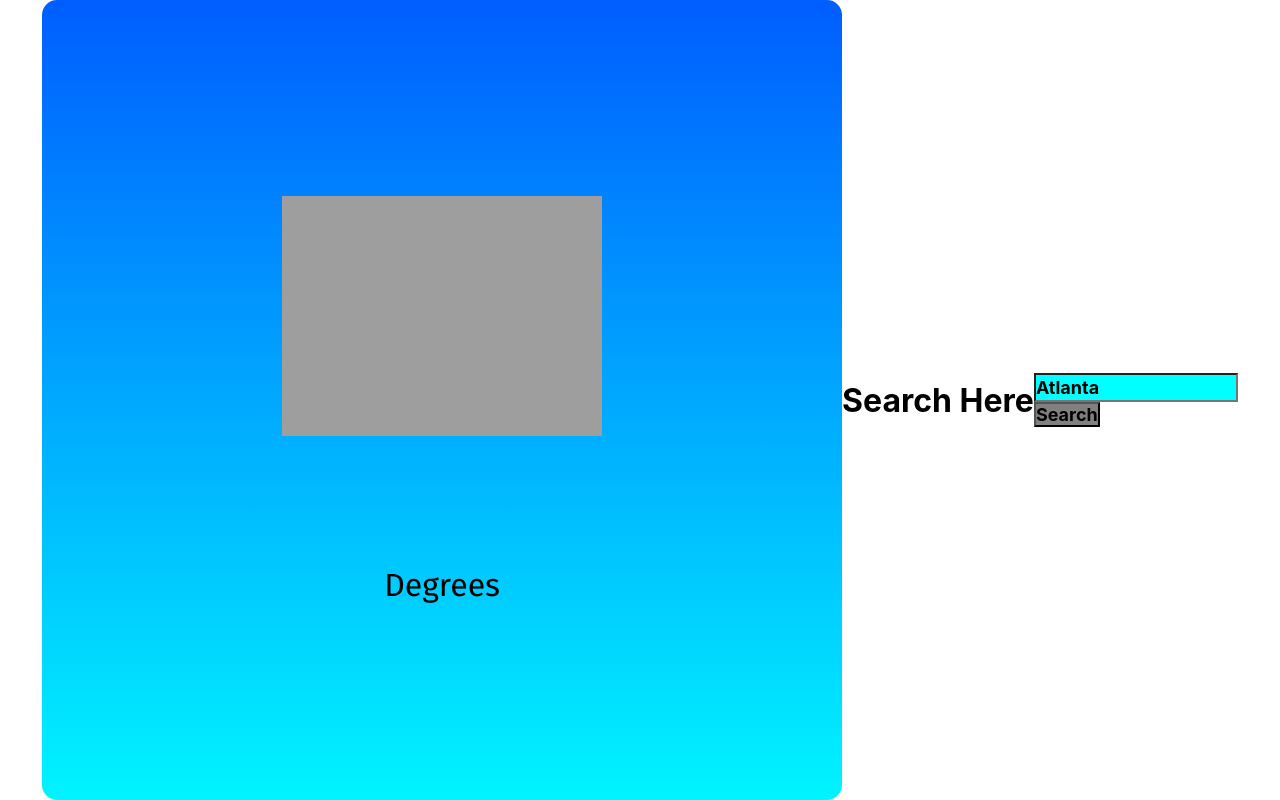
Repository: sayrilamar/chumsweatherapp
Page: /
An editor plug-in stored every save of this project. The page is shown before and after the next save, followed by the edit.
The browser window is 1280 px wide. The pictures show the whole page.
Pictures or frames that could not be fetched are drawn as grey boxes. The page's requests for data from a server got no answer. The project was rebuilt for these pictures with package versions that can differ from the ones it lists, and the page was loaded fresh each time. No one was signed in, and anything a server would have sent is missing.

Above is the page before, as saved 2020-04-18 17:00:01.

### src/index.css
* {
  margin: 0;
  padding: 0;
  font-family: -apple-system, BlinkMacSystemFont, 'Segoe UI', 'Roboto', 'Oxygen',
    'Ubuntu', 'Cantarell', 'Fira Sans', 'Droid Sans', 'Helvetica Neue',
    sans-serif;
  -webkit-font-smoothing: antialiased;
  -moz-osx-font-smoothing: grayscale;
}

### src/App.js
import React, {useState, useEffect} from "react";
import "./App.css";
import WeatherCard from "./components/WeatherCard/component.js";

function App() {
  const [query,
    setQuery] = useState("Atlanta");
  const [weather,
    setWeather] = useState({temp: null, city: null, condition: null, country: null, description: null});

  const data = async q => {
    const apiRes = await fetch(`http://api.openweathermap.org/data/2.5/weather?q=${q}&units=imperial&APPID=ab0ef440364092f54ff821ca2b803163`);
    const resJSON = await apiRes.json();
    return resJSON;
  };

  const handleSearch = e => {
    // data(query).then(res => console.log(res));
    e.preventDefault();
    data(query).then(res => {
      setWeather({temp: res.main.temp, city: res.name, condition: res.weather[0].main, country: res.sys.country, description: res.weather[0].description});
    });
  };

  // runs once the dom is loaded for the first time only, because there is no
  // variable being watched in the dependency array
  useEffect(() => {
    data(query).then(res => {
      setWeather({temp: res.main.temp, city: res.name, condition: res.weather[0].main, country: res.sys.country, description: res.weather[0].description});
    });
  }, []);

  return (
    <div className="App">
      <div>
        <WeatherCard
          temp={weather.temp}
          condition={weather.condition}
          city={weather.city}
          state={weather.country}
          description={weather.description}/>
      </div>
      <h1>Search Here</h1>
      <form>
        <div>
          <input
            className="input"
            value={query}
            onChange={e => setQuery(e.target.value)}/>
        </div>
        <div>
          <button className="button" onClick={e => handleSearch(e)}>
            Search
          </button>
        </div>
      </form>
    </div>
  );
}

export default App;

### src/App.css
@import url("https://fonts.googleapis.com/css?family=Merriweather|Fira+Sans&display=swap");

.App {
  margin: 0 auto;
  color: white;
  display: flex;
  justify-content: center;
  align-items: center;
}

h1 {
  color: black;
}

.input {
  background-color: aqua;
  font-weight: bold;
  height: 25px;
  width: 200px;
  font-size: large;
}

.button {
  height: fit-content;
  font-size: large;
  font-weight: bold;
  background-color: grey
}

### src/components/WeatherCard/component.js
import React from "react";
import styled from "@emotion/styled";
import Location from "./Location";
import Icon from "./Icon";
import Condition from "./Condition";

const WeatherCard = ({temp, condition, city, state, description}) => {
    let highColor = 0;
    let lowColor = 0;
    let bg = null;

    if (temp > 53.6) {
        highColor = (1 - (temp - 53.6) / 50.4) * 255;
        lowColor = highColor - 150;
        bg = `linear-gradient(
            to top,
            rgb(255, ${highColor}, 0),
            rgb(255, ${lowColor}, 0)
          )`;
    } else if (temp <= 53.6) {
        highColor = (1 - (temp + 4) / 89) * 255;
        lowColor = highColor - 150;
        bg = `linear-gradient(
            to top,
            rgb(0, ${highColor}, 255),
            rgb(0, ${lowColor}, 255)
          )`;
    }

    const Card = styled.div `
    margin: 0 auto;
    background: ${bg};
    width: 800px;
    height: 800px;
    display: flex;
    flex-direction: column;
    justify-content: space-around;
    align-items: center;
    border-radius: 15px;
  `;

    return (
        <Card>
            <Location city={city} state={state}/>
            <Icon condition={condition}/>
            <Condition temp={temp} condition={condition} description={description}/>
        </Card>
    );
};

export default WeatherCard;

### src/components/WeatherCard/Location.js
import React from "react";
import styled from "@emotion/styled";

const Location = ({city, state}) => {
  const Container = styled.div `
    text-align: center;
  `;

  const City = styled.h1 `
    font-family: "Merriweather", sans-serif;
    font-size: 1.6rem;
  `;

  const Country = styled.h3 `
    font-family: "Fira Sans", sans-serif;
    font-size: 1.1rem;
  `;

  return (
    <Container>
      <City>{city}</City>
      <Country>{state}</Country>
    </Container>
  );
};

export default Location;

### src/components/WeatherCard/Icon.js
import React from "react";
import styled from "@emotion/styled";

// https://openweathermap.org/weather-conditions
const Icon = ({condition}) => {
  let icon;
  switch (condition) {
    case "Clouds":
      icon = `02d@2x`;
      break;
    case "Clear":
      icon = `01d@2x`;
      break;
    case "Haze":
      icon = `50d@2x`;
      break;
    case "Fog":
      icon = `50d@2x`;
      break;
    case "Tornado":
      icon = `50d@2x`;
      break;
    case "Dust":
      icon = `50d@2x`;
      break;
    case "Mist":
      icon = `50d@2x`;
      break;
    case "Snow":
      icon = `13d@2x`;
      break;
    case "Rain":
      icon = `10d@2x`;
      break;
    case "Drizzle":
      icon = `11d@2x`;
      break;
    case "Thunderstorm":
      icon = `11d@2x`;
      break;
    default:
      icon = ``;
      break;
  }

  const Icon = styled.img `
    width: 40%;
  `;

  return (<Icon src={`http://openweathermap.org/img/wn/${icon}.png`} alt="Weather Icon"/>);
};

export default Icon;

### src/components/WeatherCard/Condition.js
import React, {Fragment} from "react";
import styled from "@emotion/styled";

const Condition = ({temp, condition, description}) => {
  const Temp = styled.h1 `
    font-family: "Fira Sans", sans-serif;
    font-size: 2rem;
    font-weight: 200;
  `;

  const State = styled.h3 `
    font-family: "Merriweather", sans-serif;
    font-size: 1.2rem;
  `;

  return (
    <Fragment>
      <Temp>
        {temp}
        Degrees
      </Temp>
      <State>{description}</State>
    </Fragment>
  );
};

export default Condition;

Loaded but not shown: public/index.html (common file); src/index.js (common file); src/serviceWorker.js (common file)

After the next save:
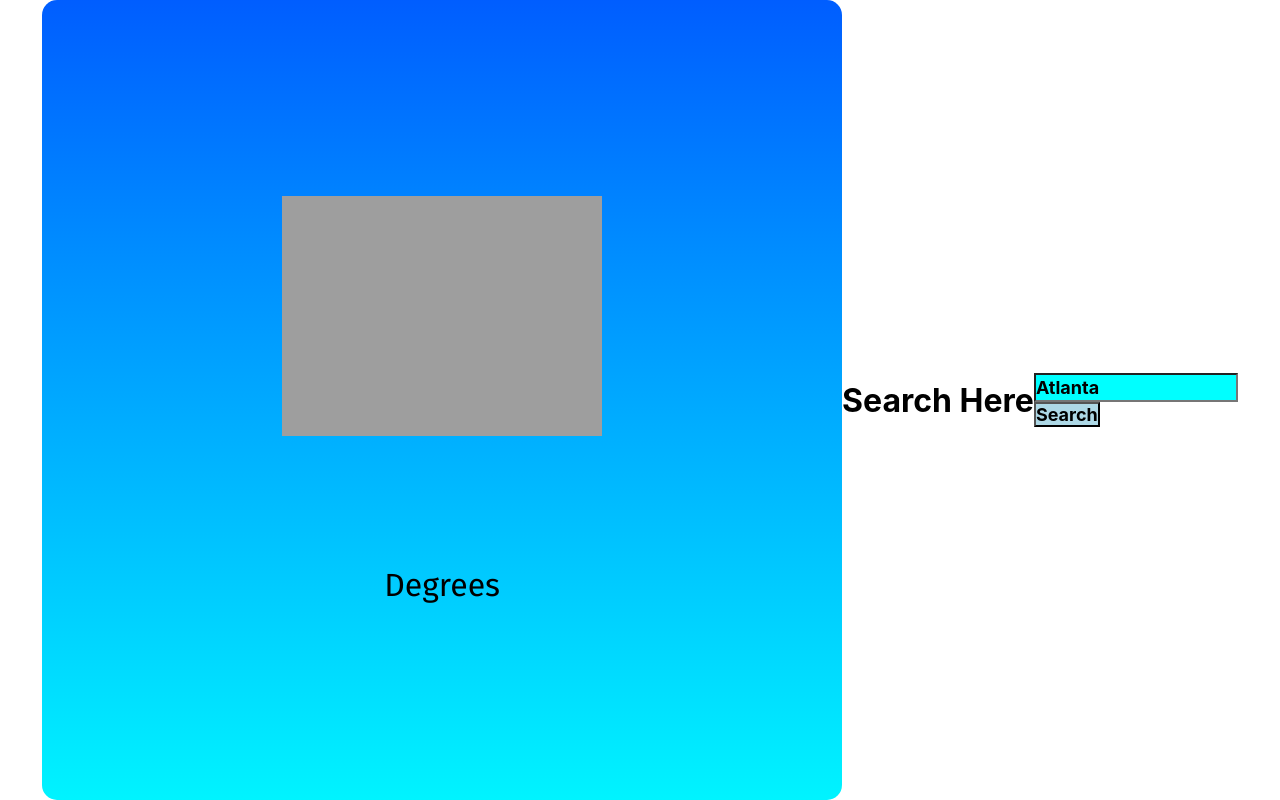
Saved 8 s later.
--- a/src/App.css
+++ b/src/App.css
@@ -24,5 +24,5 @@ h1 {
   height: fit-content;
   font-size: large;
   font-weight: bold;
-  background-color: grey
+  background-color: lightblue
 }
